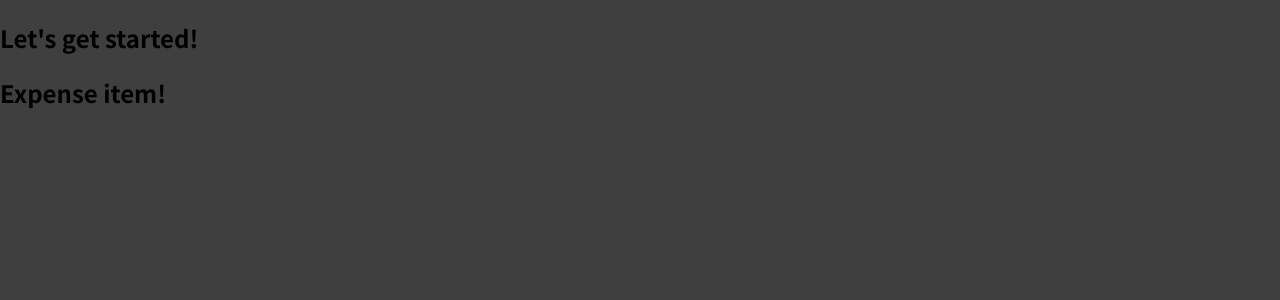
Repository: Dark-Developer93/react-complete-guide
Page: /
An editor plug-in stored every save of this project. The page is shown before and after the next save, followed by the edit.
The browser window is 1280 px wide. The pictures show the whole page.
The project was rebuilt for these pictures with package versions that can differ from the ones it lists, and the page was loaded fresh each time.

Above is the page before, as saved 2022-11-04 15:47:13.

After the next save:
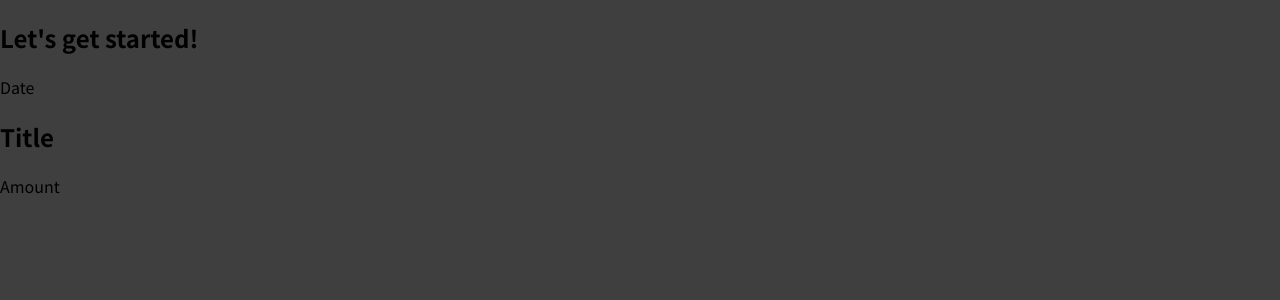
Saved 53 s later.
--- a/src/components/ExpenseItem.js
+++ b/src/components/ExpenseItem.js
@@ -1,5 +1,13 @@
 const ExpenseItem = () => {
-  return <h2>Expense item!</h2>;
+  return (
+    <>
+      <div>Date</div>
+      <div>
+        <h2>Title</h2>
+        <div>Amount</div>
+      </div>
+    </>
+  );
 };
 
 export default ExpenseItem;
